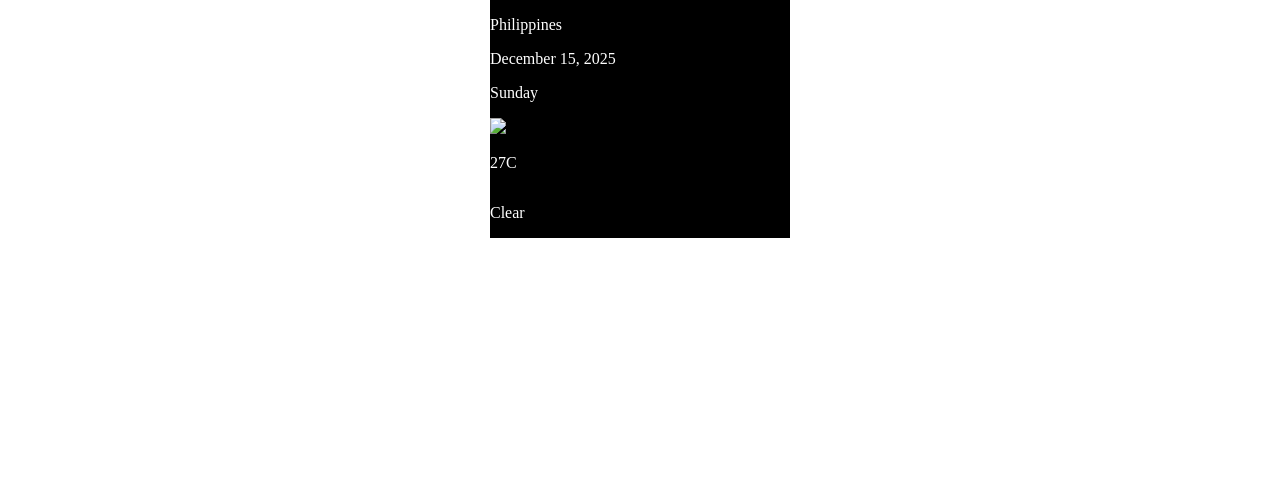
Repository: dmpelaez/weatherApp
Page: WeatherApp.html
An editor plug-in stored every save of this project. The page is shown before and after the next save, followed by the edit.
The browser window is 1280 px wide. The pictures show the whole page.
The page's requests for data from a server got no answer.

Above is the page before, as saved 2025-12-14 12:08:27.

After the next save:
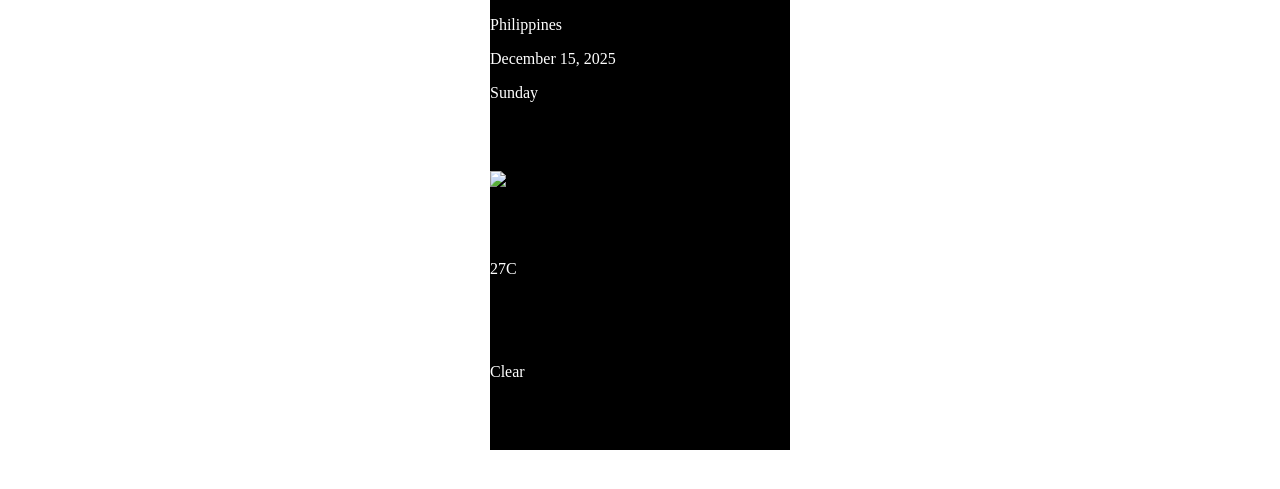
Saved 9 s later.
--- a/WeatherApp.css
+++ b/WeatherApp.css
@@ -18,4 +18,5 @@ display: flex;
   background: black;
   color: white;
   width: 300px;
+  height: 450px;
 }
